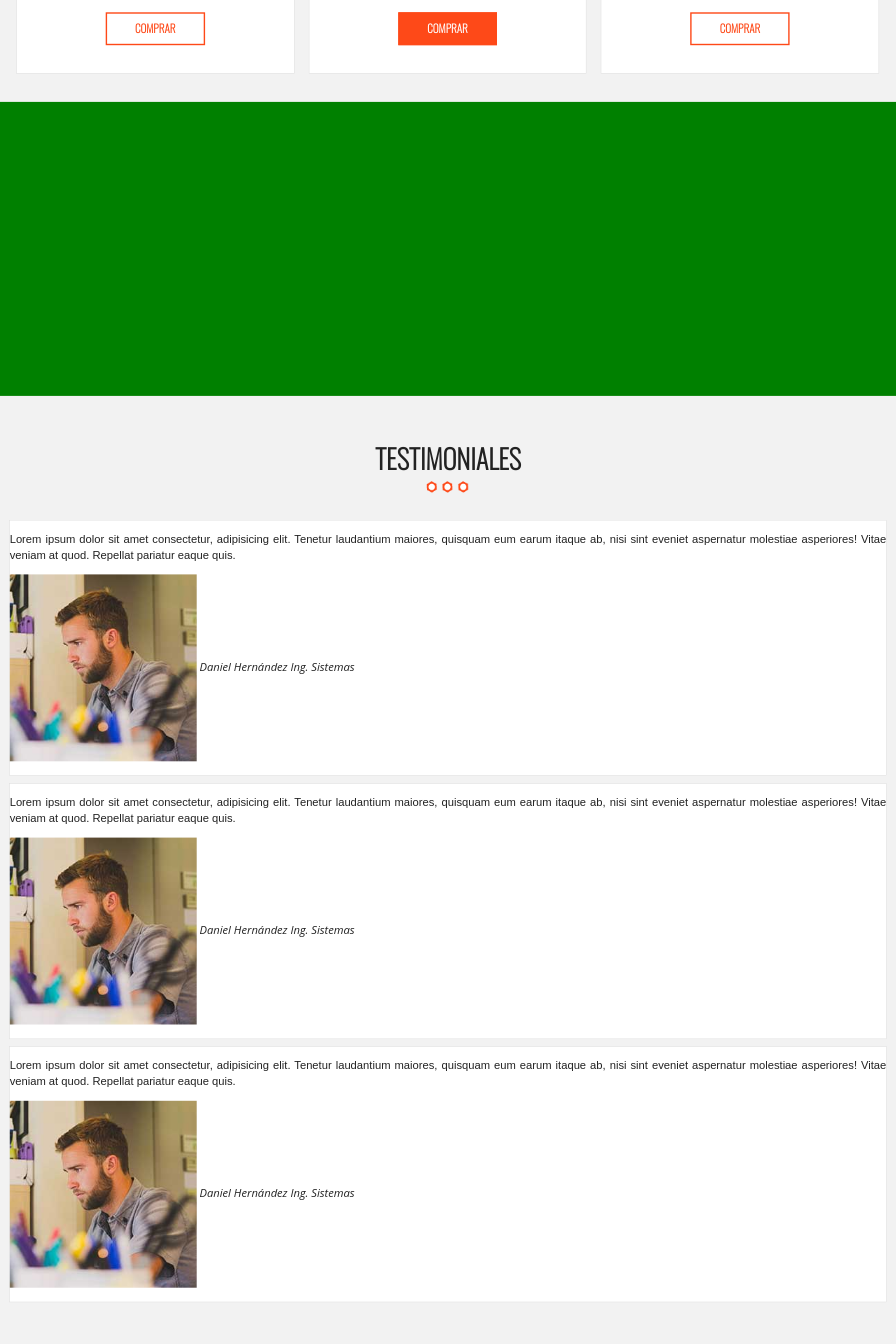
Repository: edgarhdzp/pagina-conferencias-reservaciones
Page: index.html
These files come from the project's save history. The page is drawn as it stood at one moment and after the next save; the edit follows.
The browser window is 1280 px wide. The pictures show the part of the page from y = 3892 to 5812 px (the page is 5812 px tall), at 70% of full size.

Above is the page before, as saved 2020-07-01 19:09:20.

After the next save:
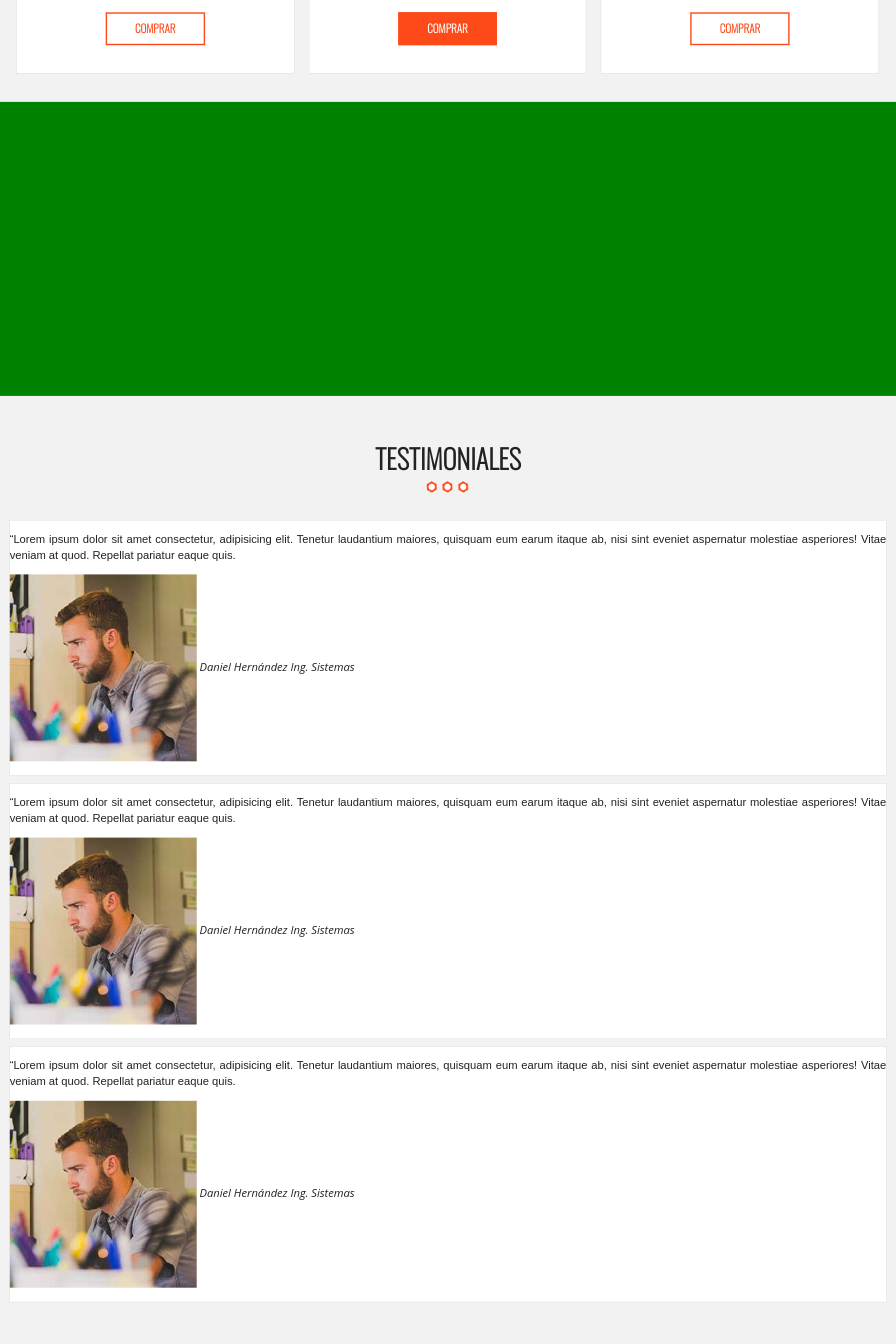
Saved 5 s later.
--- a/css/main.css
+++ b/css/main.css
@@ -672,8 +672,7 @@ blockquote p {
 }
 
 blockquote p::before {
-    content: '\';
-
+    content: '\201c';
 }
 
 
